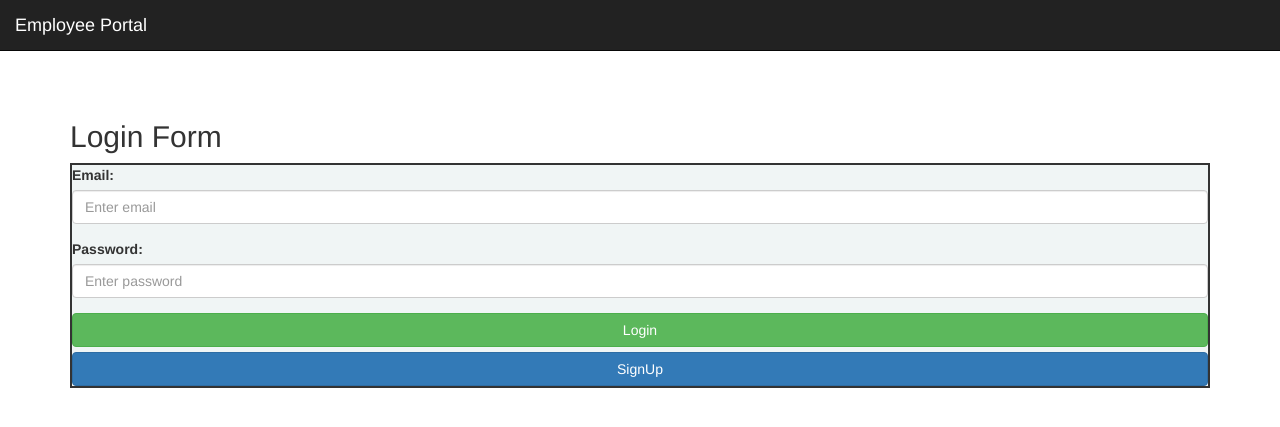
Repository: jagdishpatil18/JavaAdv
Page: http://localhost/EmployeePortal/
These files come from the project's save history. The page is drawn as it stood at one moment and after the next save; the edit follows.
The browser window is 1280 px wide. The pictures show the whole page.
Some web libraries are served in a nearby version. The page is served by Tomcat 9. Other server files are loaded and not shown.

Above is the page before, as saved 2017-05-26 04:45:33.

### EmployeePortal/EmployeePortal/WebContent/Newlogin.jsp
<%@ page language="java" contentType="text/html; charset=UTF-8"
    pageEncoding="UTF-8"%>


<%@ include file = "header.jsp" %>
<!DOCTYPE html PUBLIC "-//W3C//DTD HTML 4.01 Transitional//EN" "http://www.w3.org/TR/html4/loose.dtd">
<html>
<head>


<!-- jQuery library -->
<script src="https://ajax.googleapis.com/ajax/libs/jquery/3.2.1/jquery.min.js"></script>

<!-- Latest compiled JavaScript -->
<script src="https://maxcdn.bootstrapcdn.com/bootstrap/3.3.7/js/bootstrap.min.js"></script>


<script type="text/javascript">

function validatelogin()
{

    var email = document.getElementById('email');
    var filter = /^([a-zA-Z0-9_\.\-])+\@(([a-zA-Z0-9\-])+\.)+([a-zA-Z0-9]{2,4})+$/;

    var password=document.getElementById('pwd');
	var pass=password.value;

    if(!filter.test(email.value))
    {
    	alert("Enter valid Email");
    	return false;
    }


 	if(pass=="" || pass==null )
  	{
		 alert("Enter Password correctly");
		 return false;
     }
}
</script>

</head>
<style>
.container{
/* width: 400px; */
margin-top: 100px;

}
.formlogin{
border:2px solid;
background-color:#f0f5f5 ;
}
</style>
<body>
<% if((Integer) session.getAttribute("userid")==null) {%>
<div class="container">
  <h2 id="h2login">Login Form</h2>
  <form role="form" action="LoginServlet" method="Post" class="formlogin">
    <div class="form-group">
      <label for="email" >Email:</label>
      <input type="email" class="form-control" id="email" placeholder="Enter email" name="email">
    </div>
    <div class="form-group">
      <label for="pwd">Password:</label>
      <input type="password" class="form-control" id="pwd" placeholder="Enter password" name="password">
    </div>

    <input id="sublog" type="submit" value="Login" onclick="return validatelogin()"  class="btn btn-success btn-block" >
	<button   formaction="Preuserreg" class="btn btn-primary btn-block">SignUp</button>
  </form>
</div>
<% }else{ response.sendRedirect("Employee");} %>

</body>
</html>

### EmployeePortal/EmployeePortal/WebContent/header.jsp
<%@ page language="java" contentType="text/html; charset=UTF-8"
    pageEncoding="UTF-8"%>
<!DOCTYPE html PUBLIC "-//W3C//DTD HTML 4.01 Transitional//EN" "http://www.w3.org/TR/html4/loose.dtd">
<html>
<head>
<meta http-equiv="Content-Type" content="text/html; charset=UTF-8">
 <meta name="viewport" content="width=device-width, initial-scale=1">

<title>EmployeePortal</title>
<link rel="stylesheet" href="https://maxcdn.bootstrapcdn.com/bootstrap/3.3.7/css/bootstrap.min.css">

<!-- jQuery library -->
<script src="https://ajax.googleapis.com/ajax/libs/jquery/3.2.1/jquery.min.js"></script>

<!-- Latest compiled JavaScript -->
<script src="https://maxcdn.bootstrapcdn.com/bootstrap/3.3.7/js/bootstrap.min.js"></script>


</head>
<body>
	<nav class="navbar navbar-inverse navbar-fixed-top">
	<div class="container-fluid">
		<div class="navbar-header">
			<a class="navbar-brand" >Employee Portal</a>
		</div>
		<ul class="nav navbar-nav">
			<%if(session.getAttribute("userid")!=null) {%>
			<li><a href="EmployeeDetails">EmployeeDetails</a></li>
			<%} %>



		</ul>

		<ul class="nav navbar-nav navbar-right">
			<%-- <%if(session.getAttribute("userid")==null){ %>
			<li><a href="signup"><span class="glyphicon glyphicon-user"></span>Sign Up</a></li>

			<%} %>
			<%if(session.getAttribute("userid")==null){ %>
			<li><a href="login"><span class="glyphicon glyphicon-log-in"></span>Login</a></li>
			<%} %> --%>

			<%if(session.getAttribute("userid")!=null){%>
			<li class="hli" style="float: right "><form action="Logout" method="post"  class="logout">
<input id="hlogout" type="submit" value="Logout" class="btn btn-primary"> 			<% }%>
		</ul>
	</div>
	</nav>
</body>

### EmployeePortal/EmployeePortal/src/com/bridgelab/employeeportal/Prelogin.java
package com.bridgelab.employeeportal;

import java.io.IOException;
import java.io.PrintWriter;

import javax.servlet.ServletException;
import javax.servlet.annotation.WebServlet;
import javax.servlet.http.HttpServlet;
import javax.servlet.http.HttpServletRequest;
import javax.servlet.http.HttpServletResponse;
import javax.servlet.http.HttpSession;


@WebServlet("/Prelogin")
public class Prelogin extends HttpServlet {
	private static final long serialVersionUID = 1L;

	protected void doGet(HttpServletRequest request, HttpServletResponse response) throws ServletException, IOException
	{
		response.setContentType("text/html");
		PrintWriter printWriter=response.getWriter();
//		response.getWriter().append("Served at: ").append(request.getContextPath());
	    request.getRequestDispatcher("Newlogin.jsp").forward(request, response);
//		response.sendRedirect("Login.jsp");
	}



}

After the next save:
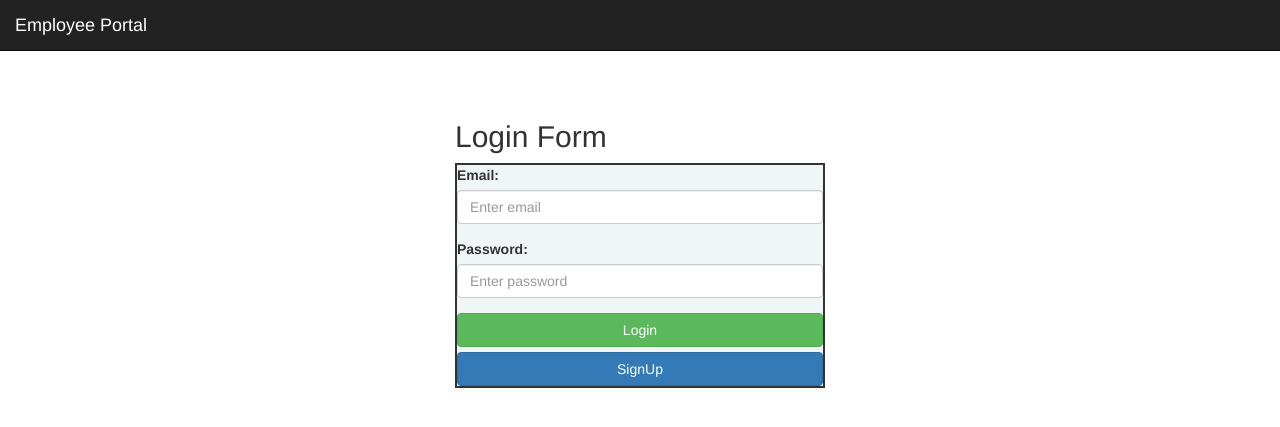
Saved 47 s later.
--- a/EmployeePortal/EmployeePortal/WebContent/Newlogin.jsp
+++ b/EmployeePortal/EmployeePortal/WebContent/Newlogin.jsp
@@ -44,7 +44,7 @@
 </head>
 <style>
 .container{
-/* width: 400px; */
+ width: 400px;
 margin-top: 100px;
 
 }

After the save that followed:
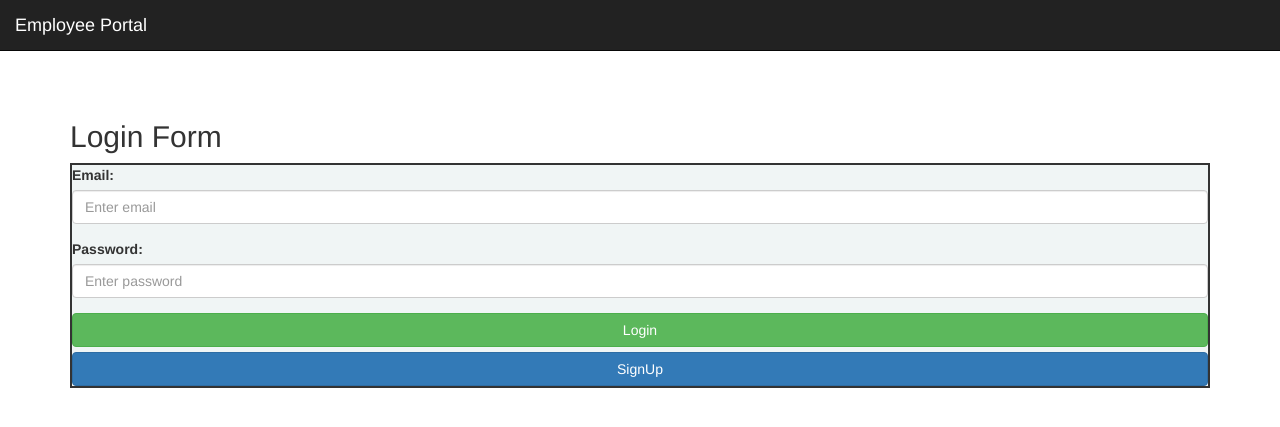
Saved 58 s later.
--- a/EmployeePortal/EmployeePortal/WebContent/Newlogin.jsp
+++ b/EmployeePortal/EmployeePortal/WebContent/Newlogin.jsp
@@ -44,7 +44,7 @@
 </head>
 <style>
 .container{
- width: 400px;
+
 margin-top: 100px;
 
 }
